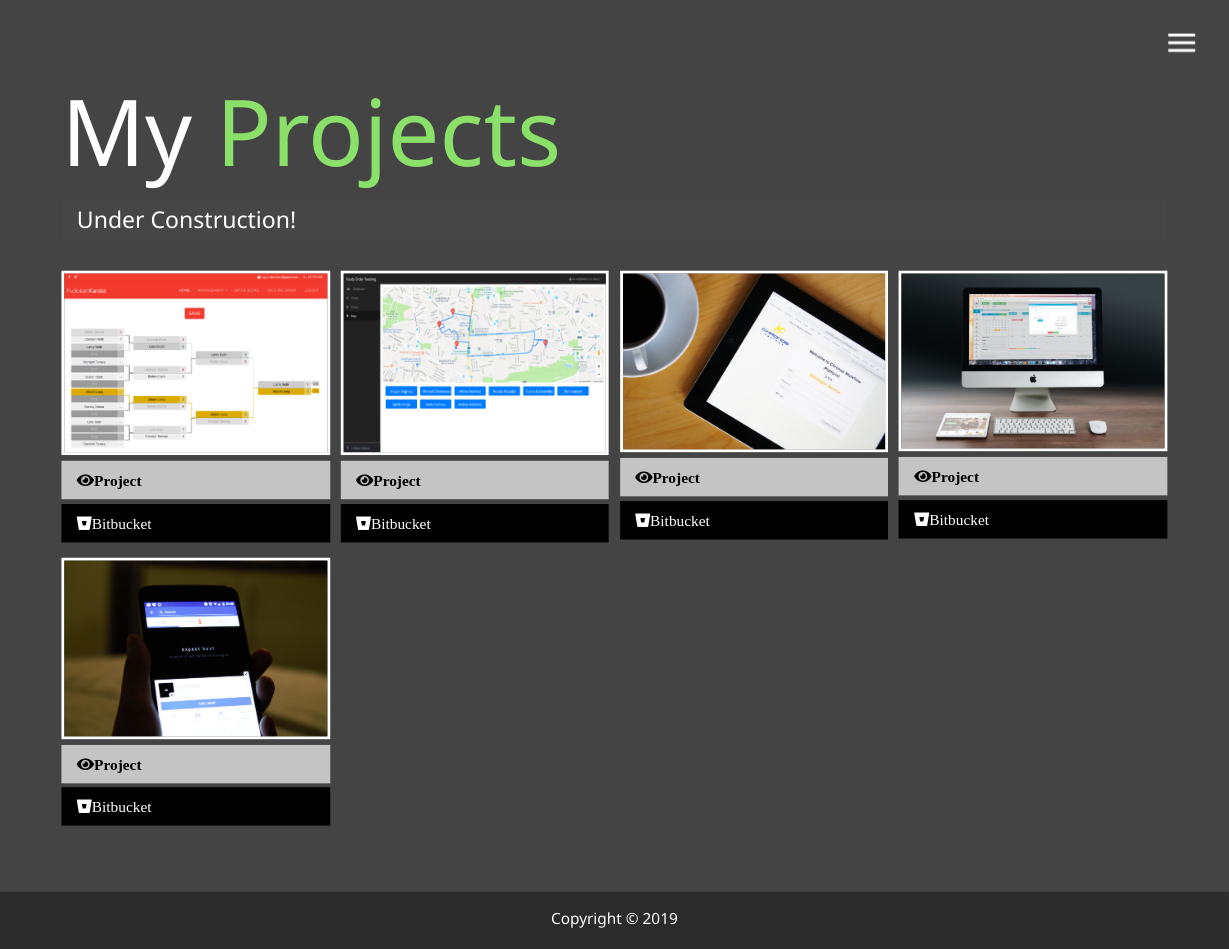
Repository: Preap/portfolio
Page: dist/work.html
These files come from the project's save history. The page is drawn as it stood at one moment and after the next save; the edit follows.
The browser window is 1280 px wide. The pictures show the whole page, at 96% of full size.
Some web libraries are served in a nearby version.

Above is the page before, as saved 2019-06-06 01:56:24.

After the next save:
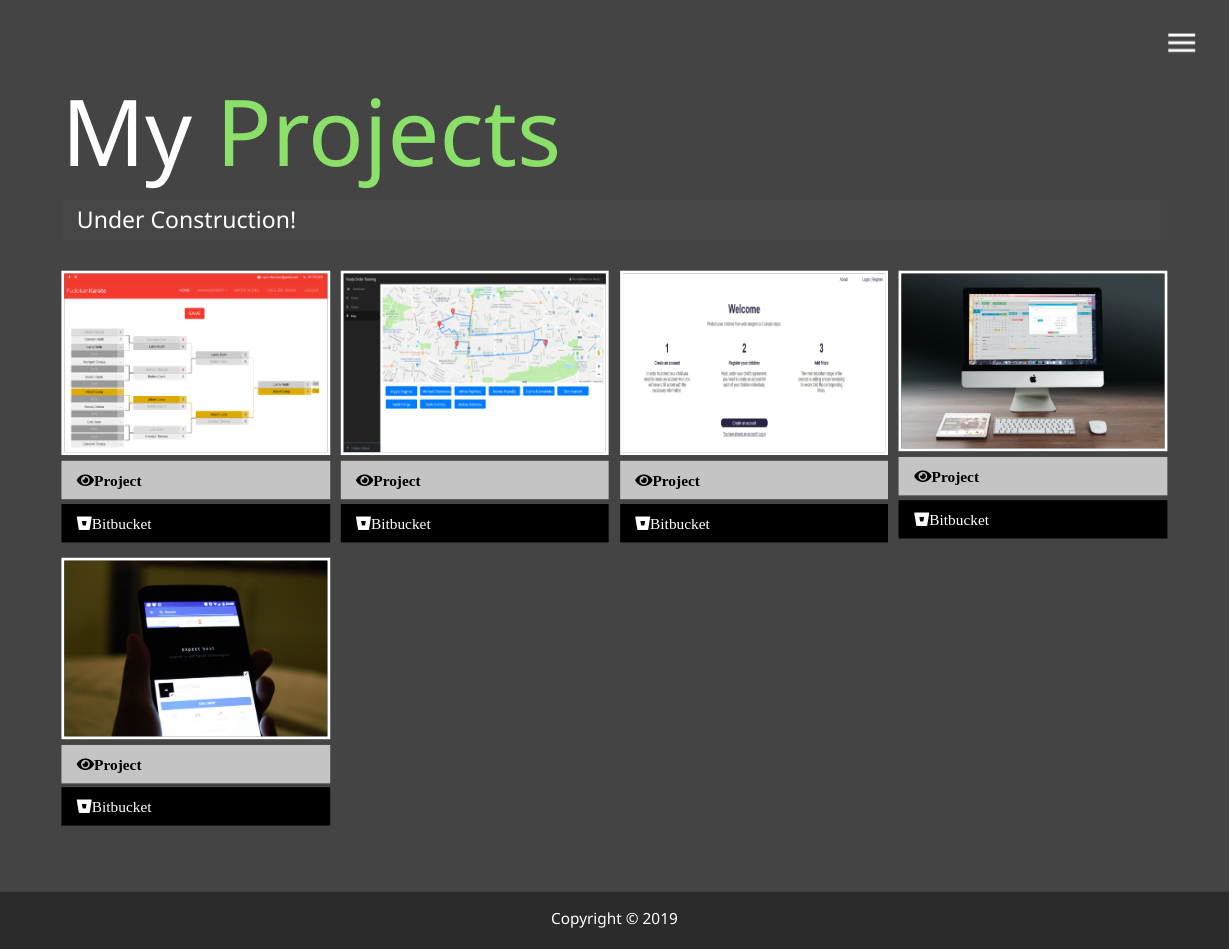
Saved 9 min 28 s later.
--- a/dist/work.html
+++ b/dist/work.html
@@ -76,7 +76,7 @@
         </div>
         <div class="item">
           <a href="#!">
-            <img src="./img/projects/project3.jpg" alt="project1" />
+            <img src="./img/projects/encase/image1.jpg" alt="encase_image" />
           </a>
 
           <a href="#!" class="btn-light">
